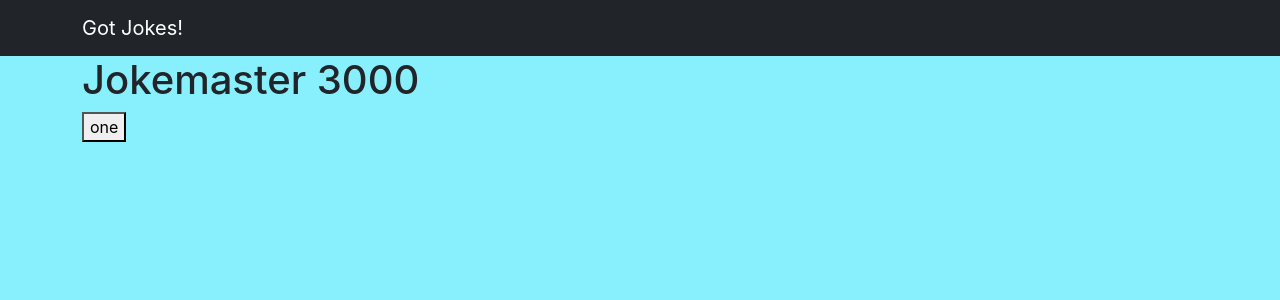
Repository: jontslater/LAB-joke-generator-react
Page: /
The author's editor kept a copy of each file at every save. The page is drawn from the files as they stood at one save, then again after the next save.
The browser window is 1280 px wide. The pictures show the whole page.
The project was rebuilt for these pictures with package versions that can differ from the ones it lists, and the page was loaded fresh each time. The framework's server and built-in components were replaced by stand-ins that run in the browser. Also part of the build but not shown: next.config.js.

Above is the page before, as saved 2024-01-12 18:59:12.

### pages/_app.js
/* eslint-disable react/prop-types */
import 'bootstrap/dist/css/bootstrap.min.css';
import '../styles/globals.css';
import NavBar from '../components/NavBar';

function MyApp({ Component, pageProps }) {
  return (
    <>
      <NavBar />
      <div className="container">
        <Component {...pageProps} />
      </div>
    </>
  );
}

export default MyApp;

### pages/index.js
import React from 'react';
import Jokes from '../components/Jokes';
import getJoke from '../api/jokeData';

function Home() {
  const counters = ([
    { getJoke },
  ]);
  return (
    <>
      <Jokes jokies={counters} />

    </>
  );
}

export default Home;

### components/NavBar.js
/* eslint-disable jsx-a11y/anchor-is-valid */
import React from 'react';
import Link from 'next/link';
import {
  Navbar, Container, Nav,
} from 'react-bootstrap';

export default function NavBar() {
  return (
    <Navbar collapseOnSelect expand="lg" bg="dark" variant="dark">
      <Container>
        <Link passHref href="/">
          <Navbar.Brand>Got Jokes!</Navbar.Brand>
        </Link>
        <Navbar.Toggle aria-controls="responsive-navbar-nav" />
        <Navbar.Collapse id="responsive-navbar-nav">
          <Nav className="me-auto">
            {/* CLOSE NAVBAR ON LINK SELECTION: https://stackoverflow.com/questions/72813635/collapse-on-select-react-bootstrap-navbar-with-nextjs-not-working */}
            {/* <Link passHref href="/">
              <Nav.Link>Home</Nav.Link>
            </Link> */}
          </Nav>
        </Navbar.Collapse>
      </Container>
    </Navbar>
  );
}

### components/Jokes.js
import { useState } from 'react';

function Jokes() {
  const [jokes, setJokes] = useState([null]);
  const [active, setActive] = useState('FirstCard');

  function getJokes() {
    fetch('https://v2.jokeapi.dev/joke/Programming?safe-mode&type=twopart')
      .then((response) => response.json())
      .then((data) => {
        setJokes(data);
      });
  }

  return (
    <>
      <h1>Jokemaster 3000</h1>
      <nav>
        {active === 'FirstCard' && (
          <button
            type="button"
            title="1"
            onClick={() => {
              setActive('SecondCard');
              getJokes(jokes.setup);
            }}
          >one
          </button>
        )}
        <h1>{jokes.setup}</h1>
        {active === 'SecondCard' && (
        <button
          type="button"
          title="2"
          onClick={() => {
            setActive('ThirdCard');
            // getJokes(jokes.delivery);
          }}
        >two
        </button>
        )}
        <h1>{jokes.delivery}</h1>
        {active === 'ThirdCard' && (
        <button
          type="button"
          title="3"
          onClick={() => setActive('FirstCard')}
        >three
        </button>
        )}
      </nav>
    </>
  );
}

export default Jokes;

### api/jokeData.js
import axios from 'axios';

const endpoint = 'https://v2.jokeapi.dev/joke/Programming?safe-mode&type=twopart';

const getJoke = async () => {
  const jokeCall = await axios.get(endpoint);
  return jokeCall.data;
};
export default getJoke;

Loaded but not shown: styles/globals.css (common file)

After the next save:
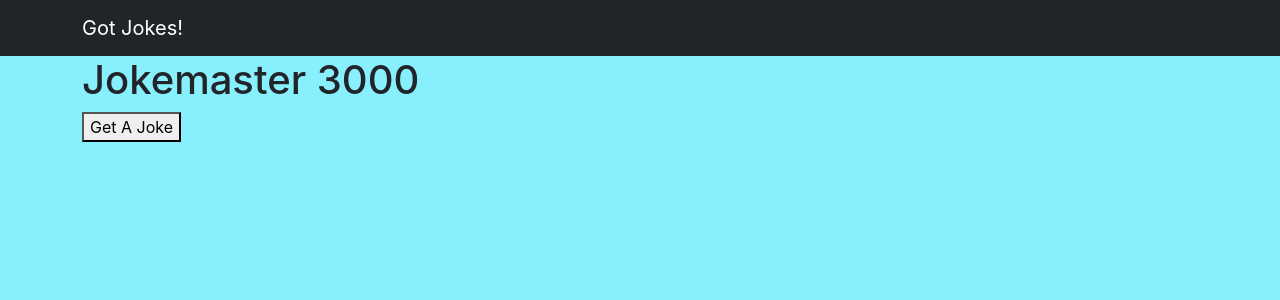
Saved 30 s later.
--- a/components/Jokes.js
+++ b/components/Jokes.js
@@ -24,7 +24,7 @@ function Jokes() {
               setActive('SecondCard');
               getJokes(jokes.setup);
             }}
-          >one
+          >Get A Joke
           </button>
         )}
         <h1>{jokes.setup}</h1>
@@ -36,7 +36,7 @@ function Jokes() {
             setActive('ThirdCard');
             // getJokes(jokes.delivery);
           }}
-        >two
+        >Get Punchline
         </button>
         )}
         <h1>{jokes.delivery}</h1>
@@ -45,7 +45,7 @@ function Jokes() {
           type="button"
           title="3"
           onClick={() => setActive('FirstCard')}
-        >three
+        >Get Another Jokes
         </button>
         )}
       </nav>
